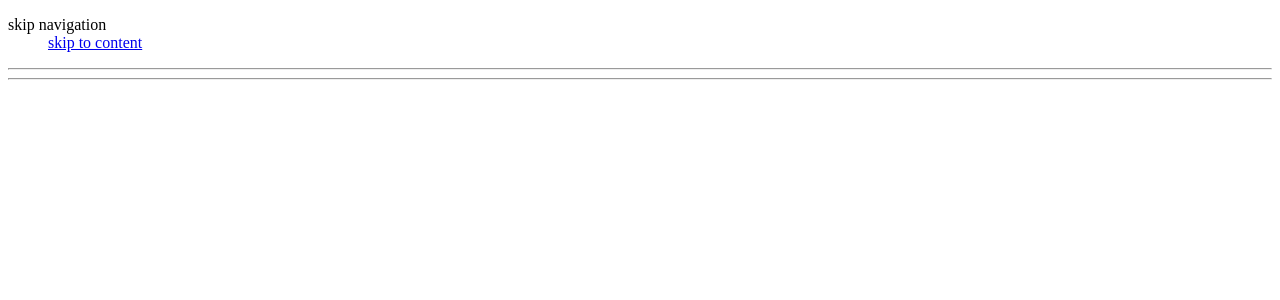
Repository: Gmajorlist/HTML
Page: css/src/main/webapp/09_webPage/index.html
These files come from the project's save history. The page is drawn as it stood at one moment and after the next save; the edit follows.
The browser window is 1280 px wide. The pictures show the whole page.

Above is the page before, as saved 2023-03-17 02:01:02.

After the next save:
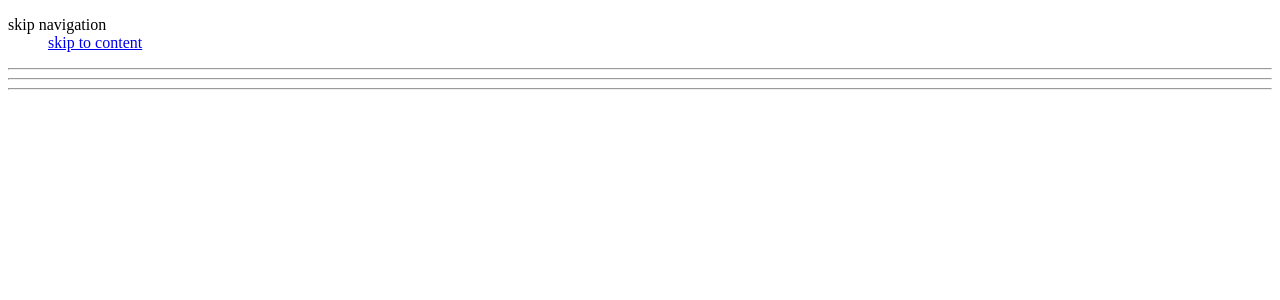
Saved 3 min 35 s later.
--- a/css/src/main/webapp/09_webPage/index.html
+++ b/css/src/main/webapp/09_webPage/index.html
@@ -12,12 +12,27 @@
 <hr>
 
 <div id="wrap">
-	<div id="header"></div><!-- header -->
+	<div id="header"></div><!-- //header -->
 	<hr>
 
 
 	<div id="container">
-	</div>
-</div>
+		<div class="snb"></div> <!--//snb  -->
+		<hr>
+
+		<div id="content"></div><!--//content  -->
+	</div><!--//container  -->
+
+
+	<div id="footer"></div><!--//footer  -->
+</div><!--//wrap  -->
 </body>
 </html>
+
+<!--
+
+dl 설명 목록
+dt 용어
+dd 설명
+
+ -->
